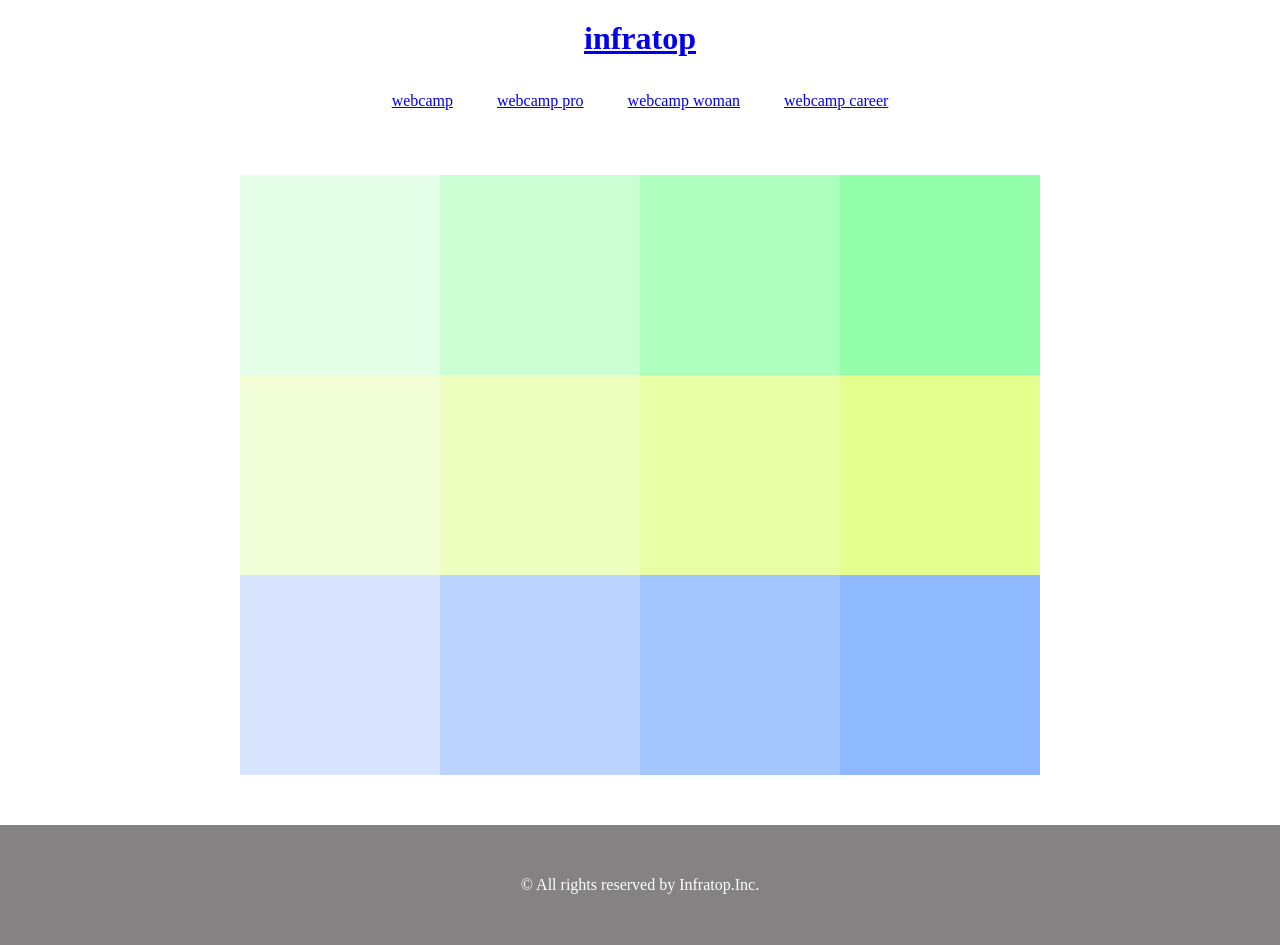
Repository: achoko3/Practice-problem
Page: chapter5/chapter5.html
The author's editor kept a record of every edit. The page is drawn from the files as they stood at one moment, then again after the next edit.
The browser window is 1280 px wide. The pictures show the whole page.

Above is the page before.

### chapter5/chapter5.html
<!DOCTYPE html>
<html lang="ja">
  <head>
    <meta charset="UTF-8" />
    <!-- CSSファイルの読み込み -->
    <link rel="stylesheet" href="chapter5.css" />
    <title>chapter5</title>
  </head>

  <body>
    <header>
      <h1>
        <a href="https://infratop.jp/">infratop</a>
      </h1>
    </header>

    <nav>

      <ul class="nav-list">
        <li class="nav-list-item">
          <a href="http://web-camp.io/">webcamp</a>
        </li>
        <li class="nav-list-item">
          <a href="http://web-camp.io/pro/">webcamp pro</a>
        </li>
        <li class="nav-list-item">
          <a href="http://web-camp.io/woman/">webcamp woman</a>
        </li>
        <li class="nav-list-item">
          <a href="http://web-camp.io/career/">webcamp career</a>
        </li>
      </ul>
    </nav>


    <div class="main">
      <div class="box1"></div>
      <div class="box2"></div>
      <div class="box3"></div>
      <div class="box4"></div>
      <div class="box5"></div>
      <div class="box6"></div>
      <div class="box7"></div>
      <div class="box8"></div>
      <div class="box9"></div>
      <div class="box10"></div>
      <div class="box11"></div>
      <div class="box12"></div>
    </div>

    <footer>
      <p class="footer-text">© All rights reserved by Infratop.Inc.</p>
    </footer>

  </body>
</html>

### chapter5/chapter5.css
* {
 margin: 0;
 padding: 0;
 box-sizing: border-box;
}

header{
 width:100%;
 padding:20px 0;
 margin:0 auto;
 text-align:center;
}

.nav-list{
 text-align:center;
 padding:15px 0;
 margin:0 20px;
}

.nav-list-item{
 list-style:none;
display:inline-block;
margin:0 20px;
}

.main{
 width:800px;
 display:flex;
 margin:50px auto;
 flex-wrap:wrap;
}

.box1{
 width:200px;
 height:200px;
 background-color:#e6ffe9;
}

.box2{
 width:200px;
 height:200px;
 background-color:#cbffd3;
}

.box3{
 width:200px;
 height:200px;
 background-color:#aeffbd;
}

.box4{
 width:200px;
 height:200px;
 background-color:#93ffab;
}

.box5{
 width:200px;
 height:200px;
 background-color:#f3ffd8;
}

.box6{
 width:200px;
 height:200px;
 background-color:#edffbe;
}

.box7{
 width:200px;
 height:200px;
 background-color:#e9ffa5;
}

.box8{
 width:200px;
 height:200px;
 background-color:#e4ff8d;
}

.box9{
 width:200px;
 height:200px;
 background-color:#d9e5ff;
}

.box10{
 width:200px;
 height:200px;
 background-color:#bad3ff;
}

.box11{
 width:200px;
 height:200px;
 background-color:#a4c6ff;
}

.box12{
 width:200px;
 height:200px;
 background-color:#8eb8ff;
}

footer{
 width:100%;
 height:120px;
 text-align:center;
 line-height:120px;
 background-color:#848282;
}

.footer-text{
 color:#fff;
}

After the next edit:
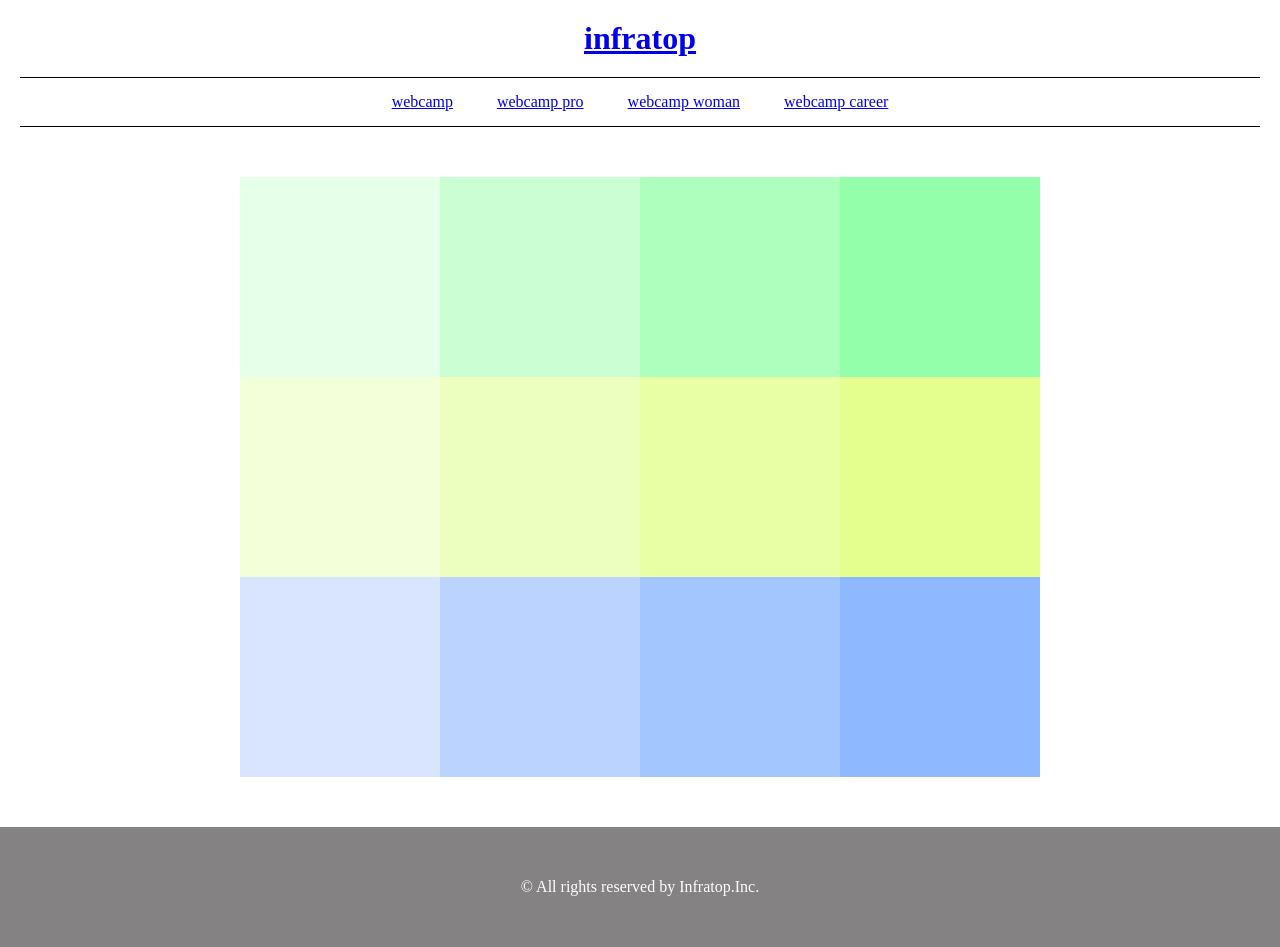
The edit:
--- a/chapter5/chapter5.css
+++ b/chapter5/chapter5.css
@@ -15,6 +15,8 @@
  text-align:center;
  padding:15px 0;
  margin:0 20px;
+ border-top:solid 1px black;
+ border-bottom:solid 1px black;
 }
 
 .nav-list-item{
